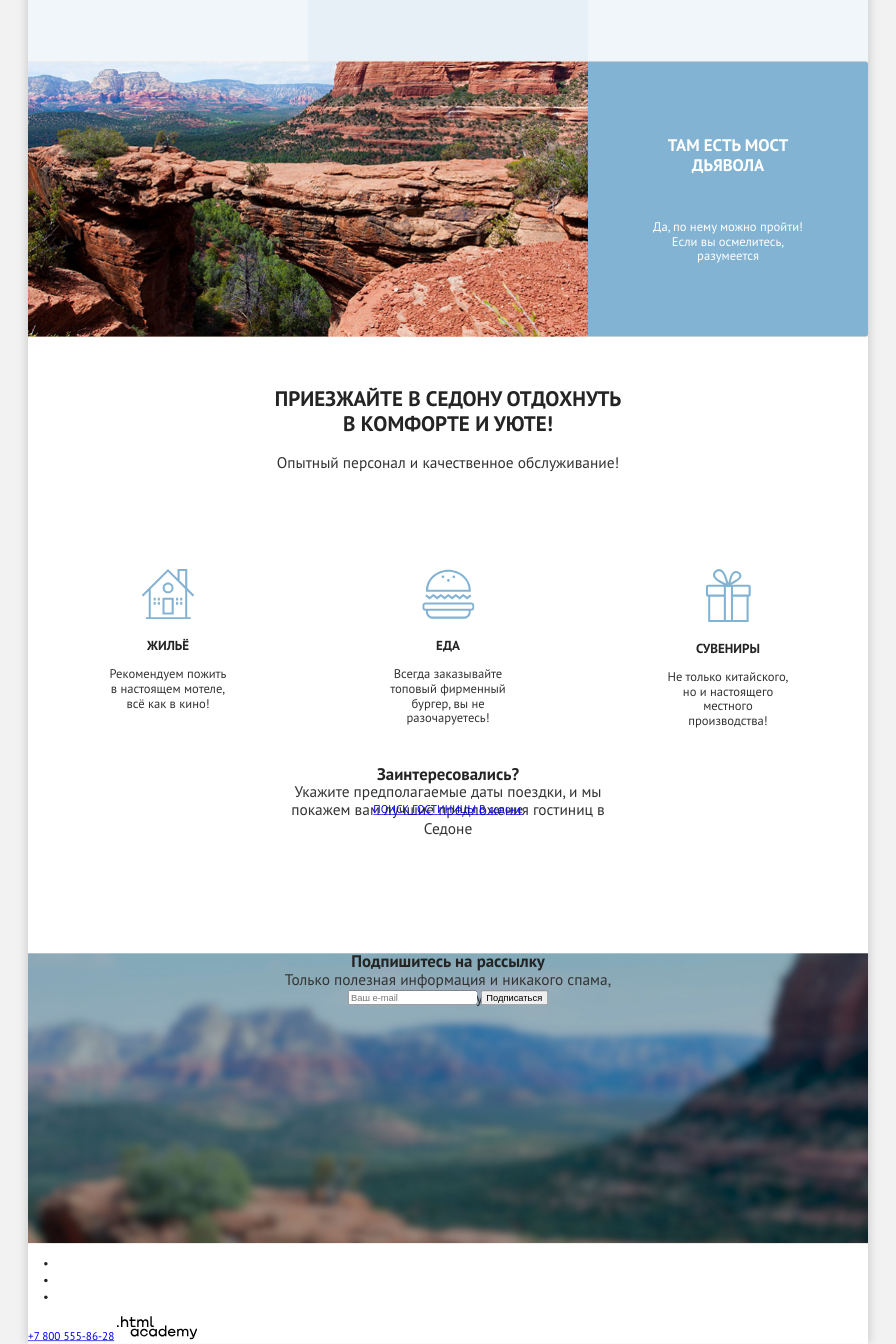
Repository: zakhgagne/2512253-sedona-1
Page: index.html
These files come from the project's save history. The page is drawn as it stood at one moment and after the next save; the edit follows.
The browser window is 1280 px wide. The pictures show the part of the page from y = 1507 to 3427 px (the page is 3427 px tall), at 70% of full size.

Above is the page before, as saved 2024-05-11 16:36:05.

After the next save:
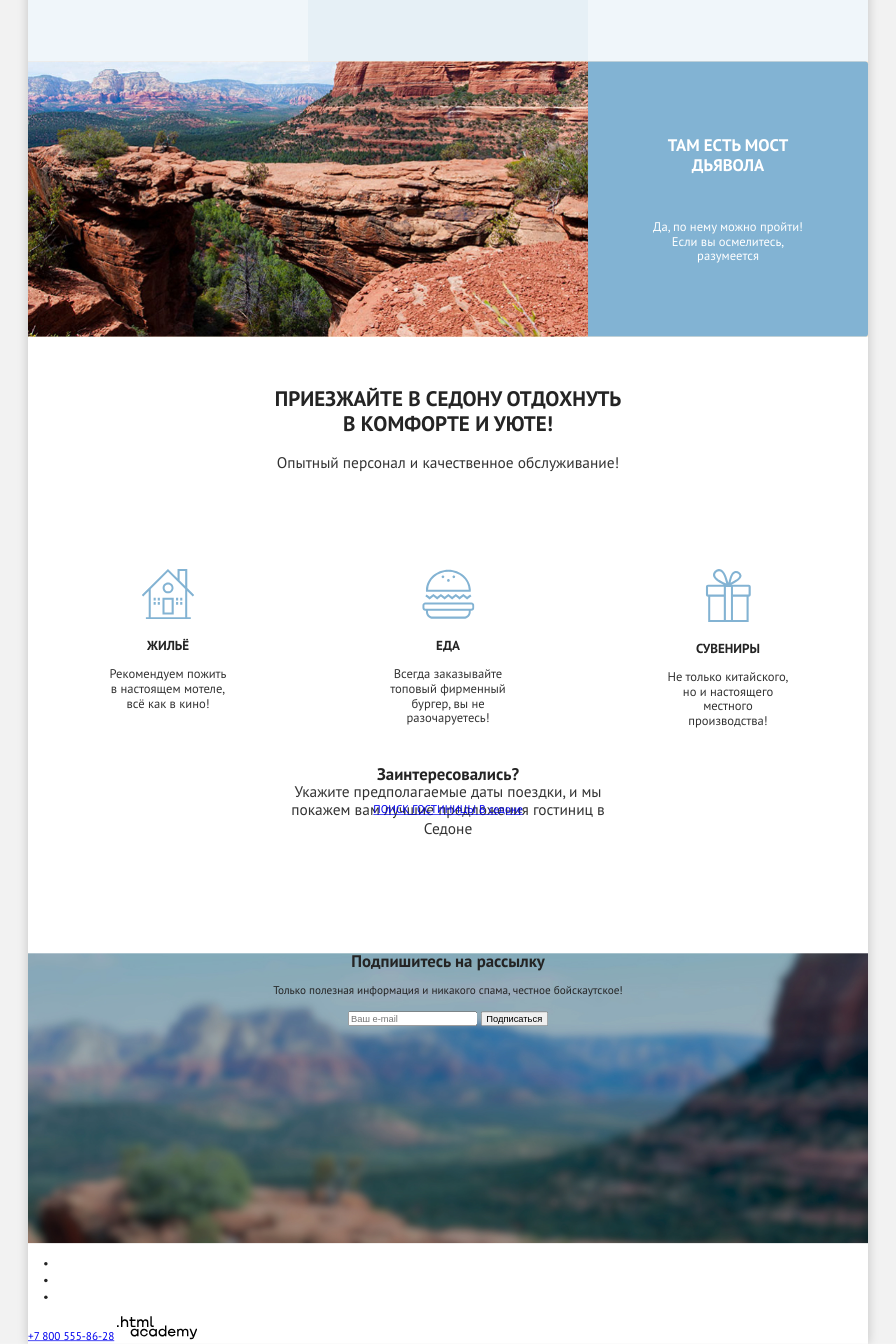
Saved 96 min 40 s later.
--- a/index.html
+++ b/index.html
@@ -126,7 +126,7 @@
       <footer>
         <section class="news-letter">
           <h2 class="desription">Подпишитесь на рассылку</h2>
-          <p class="simple-text">Только полезная информация и никакого спама, честное бойскаутское!</p>
+          <p class="simple-texts">Только полезная информация и никакого спама, честное бойскаутское!</p>
 
           <form class="subscribe-form" action="https://echo.htmlacademy.ru/" method="post">
             <input class="field" placeholder="Ваш e-mail" type="email" name="distribution-email" required>

After the save that followed:
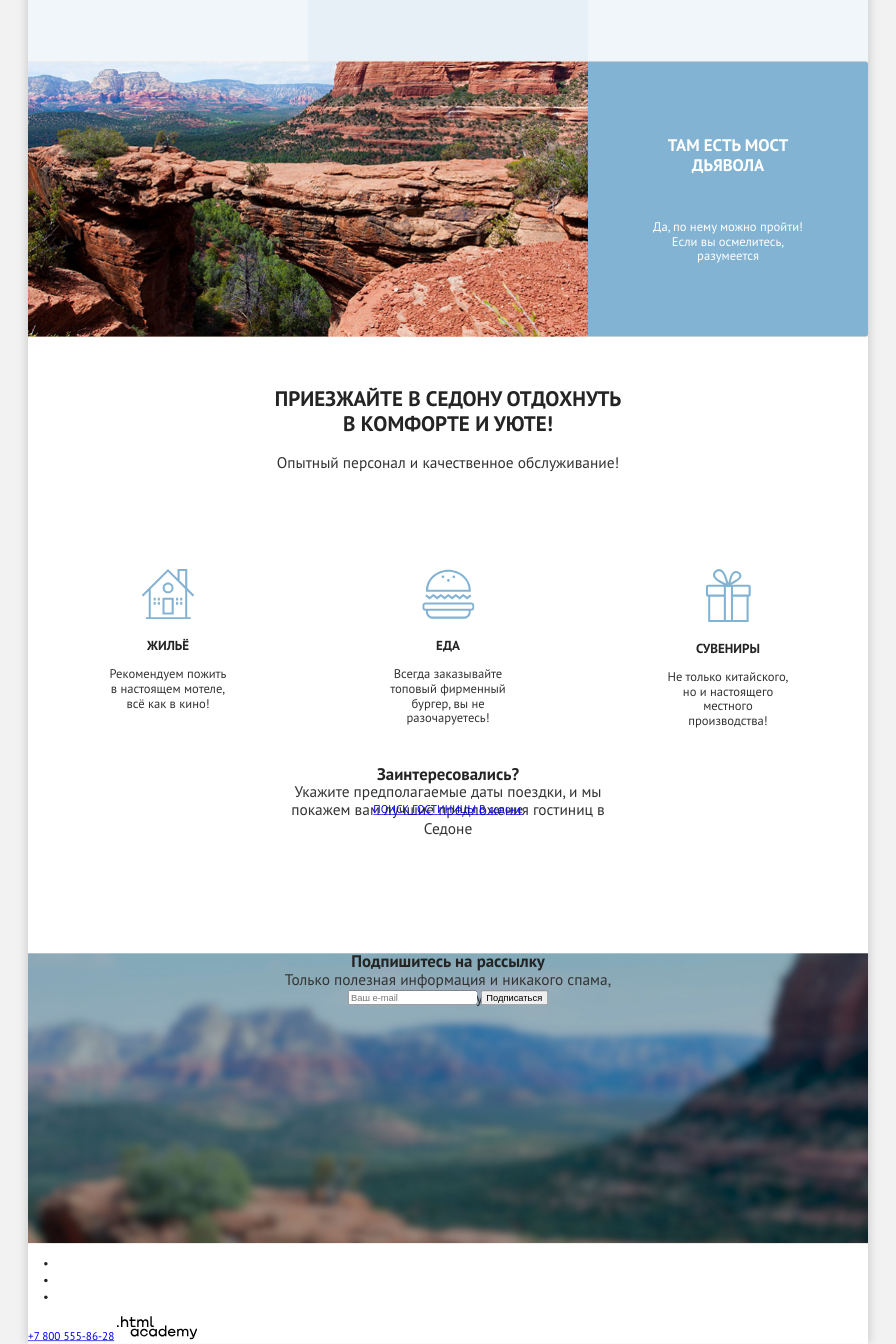
Saved 29 s later.
--- a/index.html
+++ b/index.html
@@ -126,7 +126,7 @@
       <footer>
         <section class="news-letter">
           <h2 class="desription">Подпишитесь на рассылку</h2>
-          <p class="simple-texts">Только полезная информация и никакого спама, честное бойскаутское!</p>
+          <p class="simple-text">Только полезная информация и никакого спама, честное бойскаутское!</p>
 
           <form class="subscribe-form" action="https://echo.htmlacademy.ru/" method="post">
             <input class="field" placeholder="Ваш e-mail" type="email" name="distribution-email" required>
